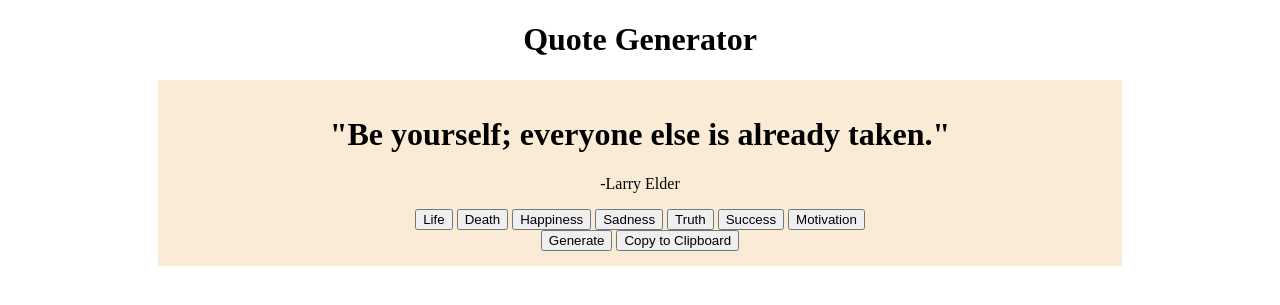
Repository: moehaymanmyint/Random-Quote-Generator
Page: index.html
An editor plug-in stored every save of this project. The page is shown before and after the next save, followed by the edit.
The browser window is 1280 px wide. The pictures show the whole page.

Above is the page before, as saved 2024-11-05 22:12:15.

After the next save:
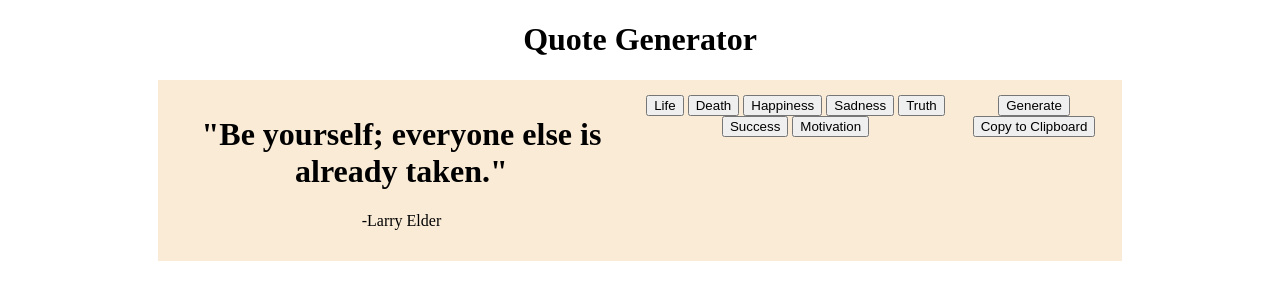
Saved 13 s later.
--- a/style.css
+++ b/style.css
@@ -6,9 +6,6 @@
 .quote-box{
     background-color: antiquewhite;
     display: flex;
-    flex-direction: column;
-    justify-content: center;
-    align-items: center;
     margin: 20px 150px;
     padding: 15px;
 }

After the save that followed:
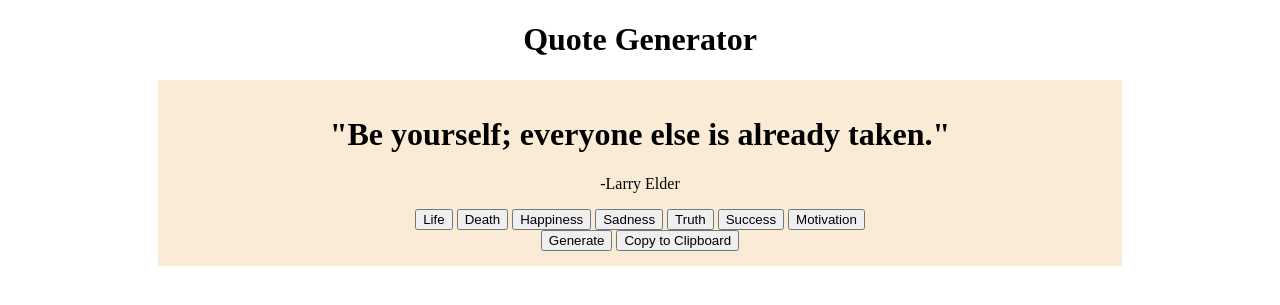
Saved 6 s later.
--- a/style.css
+++ b/style.css
@@ -5,7 +5,6 @@
 
 .quote-box{
     background-color: antiquewhite;
-    display: flex;
     margin: 20px 150px;
     padding: 15px;
 }
